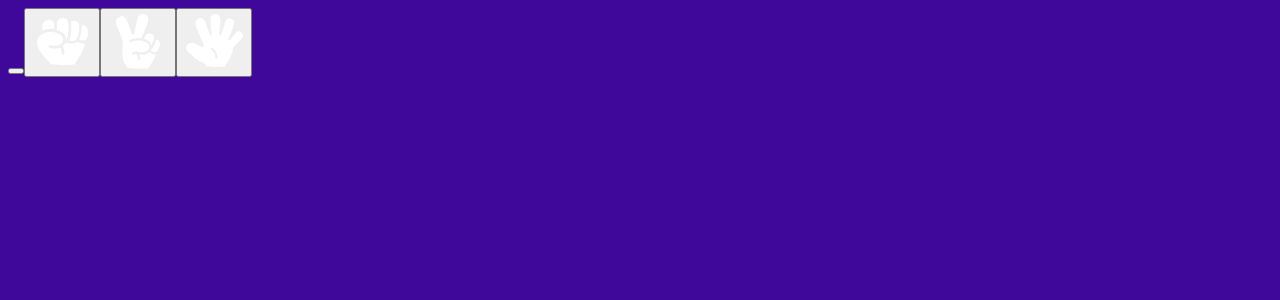
Repository: HI-CLAIRE/s.s.a.f.y_java
Page: / (app in rock-scissor-paper/)
An editor plug-in stored every save of this project. The page is shown before and after the next save, followed by the edit.
The browser window is 1280 px wide. The pictures show the whole page.
The project was rebuilt for these pictures with package versions that can differ from the ones it lists, and the page was loaded fresh each time.

Above is the page before, as saved 2022-12-13 13:54:32.

After the next save:
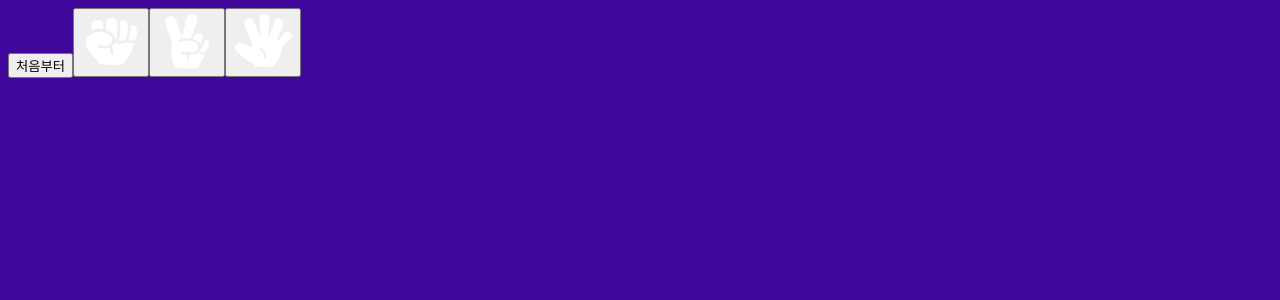
Saved 6 s later.
--- a/rock-scissor-paper/src/Button.js
+++ b/rock-scissor-paper/src/Button.js
@@ -1,5 +1,5 @@
 function Button({ children, onClick }) {
-  return <button onClick={onClick}>{name}</button>;
+  return <button onClick={onClick}>{ children }</button>;
 }
 
 export default Button;
